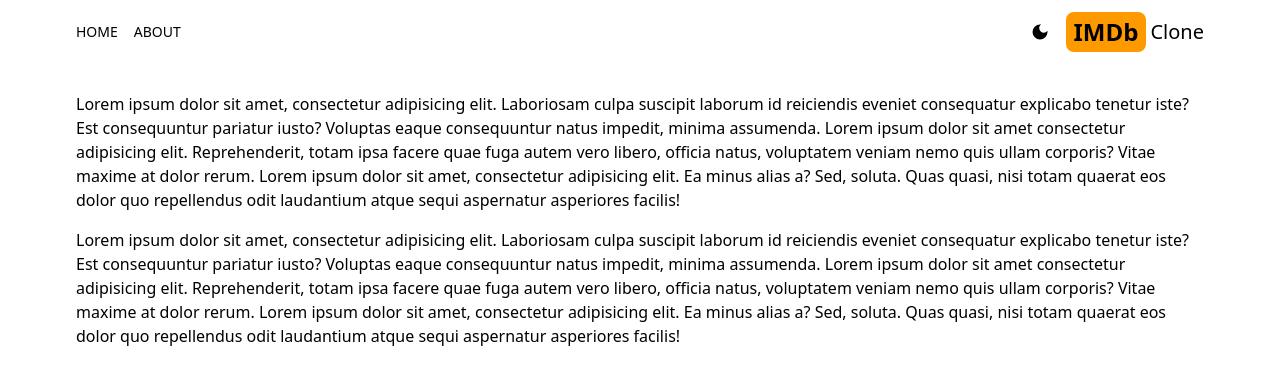
Repository: EmmyDunny1/Imdb-Clone
Page: /about
The author's editor kept a copy of each file at every save. The page is drawn from the files as they stood at one save, then again after the next save.
The browser window is 1280 px wide. The pictures show the whole page.
The project was rebuilt for these pictures with package versions that can differ from the ones it lists, and the page was loaded fresh each time. The framework's server and built-in components were replaced by stand-ins that run in the browser. Also part of the build but not shown: next.config.mjs.

Above is the page before, as saved 2025-07-12 21:37:02.

After the next save:
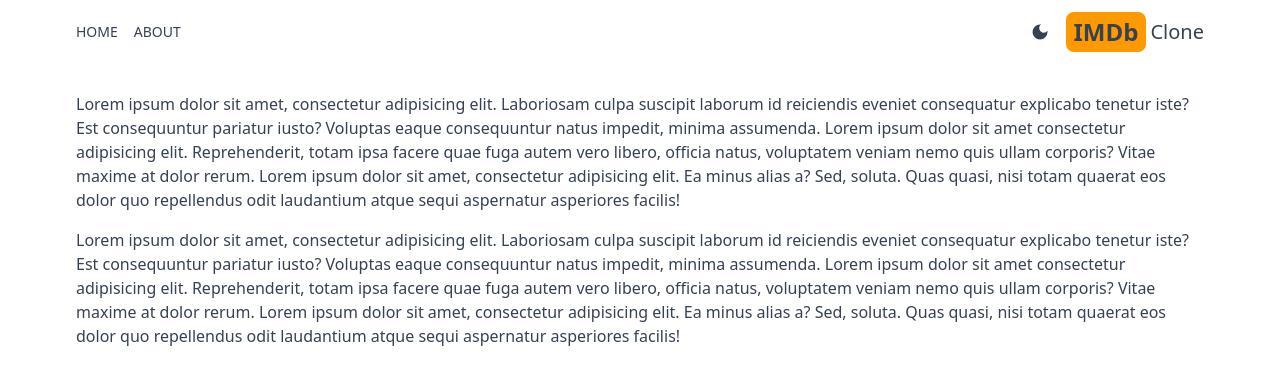
Saved 16 s later.
--- a/src/app/Providers.jsx
+++ b/src/app/Providers.jsx
@@ -2,11 +2,13 @@
 
 import React from 'react'
 import { ThemeProvider } from 'next-themes'
-
 export default function Providers({children}) {
   return (
-    <ThemeProvider attribute='class'>
-      {children}
+    <ThemeProvider defaultTheme='system'  attribute='class'>
+<div className='dark:bg-gray-900 min-h-screen text-gray-700 dark:text-gray-200  select-none transition-colors duration-300' style={{colorScheme:"light"}}>
+   {children}
+</div>
+
     </ThemeProvider>
   )
 }

After the 5 saves that followed:
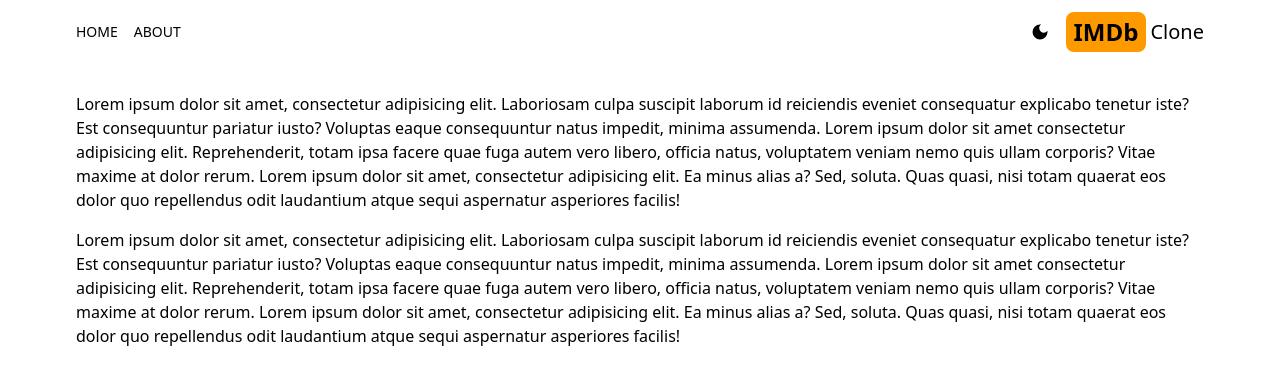
The 5 saves are shown as one change because 1 did not build or start and 1 left the picture as it was and some came seconds apart.
The last was saved 50 s later.
--- a/src/app/Providers.jsx
+++ b/src/app/Providers.jsx
@@ -2,13 +2,14 @@
 
 import React from 'react'
 import { ThemeProvider } from 'next-themes'
+
 export default function Providers({children}) {
   return (
-    <ThemeProvider defaultTheme='system'  attribute='class'>
-<div className='dark:bg-gray-900 min-h-screen text-gray-700 dark:text-gray-200  select-none transition-colors duration-300' style={{colorScheme:"light"}}>
-   {children}
-</div>
+    <ThemeProvider attribute='class'>
+
+      {children}
 
     </ThemeProvider>
+
   )
 }
